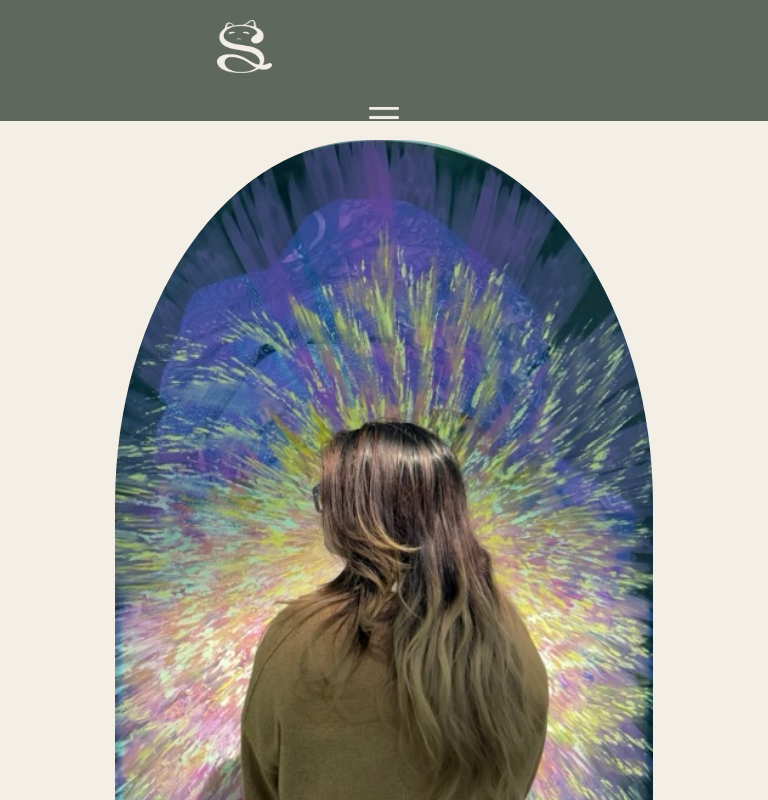
Repository: SandyLy453/portfolio
Page: /
These files come from the project's save history. The page is drawn as it stood at one moment and after the next save; the edit follows.
The browser window is 768 px wide. The pictures show the whole page.
An inner scrolling area shows only its first screen. The project was rebuilt for these pictures with package versions that can differ from the ones it lists, and the page was loaded fresh each time. The framework's server and built-in components were replaced by stand-ins that run in the browser. Also part of the build but not shown: next.config.mjs, modules/Footer/Footer.module.css, modules/Footer/Footer.js, modules/ProjectCard/ProjectCard.module.css, modules/ProjectCard/Projectcard.js.

Above is the page before, as saved 2025-02-17 17:18:37.

After the next save:
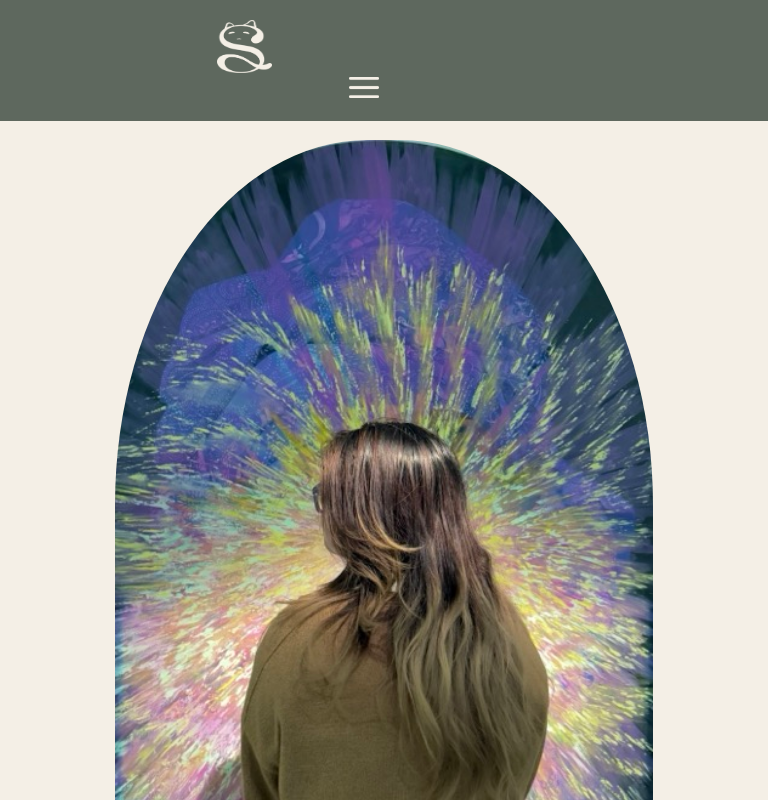
Saved 8 s later.
--- a/modules/Header/Header.module.css
+++ b/modules/Header/Header.module.css
@@ -80,8 +80,8 @@
     .hamburger {
         display: block;
         position: relative;
-        right: 0px;
-        top: 30px;
+        right: 20px;
+        top: 0px;
         z-index: 10;
     }
 
